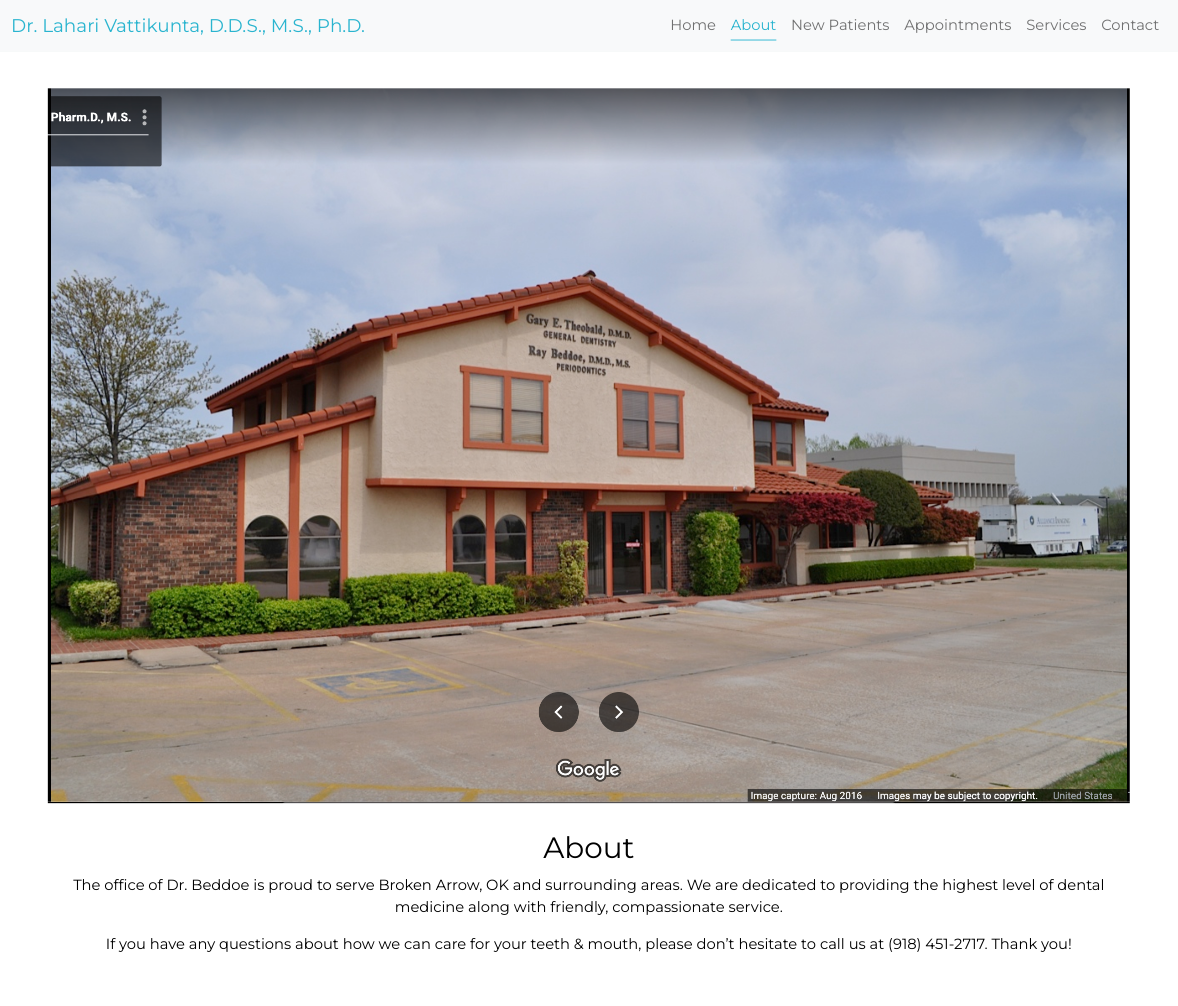
Repository: vineetha2438/baperio
Page: about.html
These files come from the project's save history. The page is drawn as it stood at one moment and after the next save; the edit follows.
The browser window is 1280 px wide. The pictures show the whole page, at 92% of full size.

Above is the page before, as saved 2022-11-14 21:13:49.

After the next save:
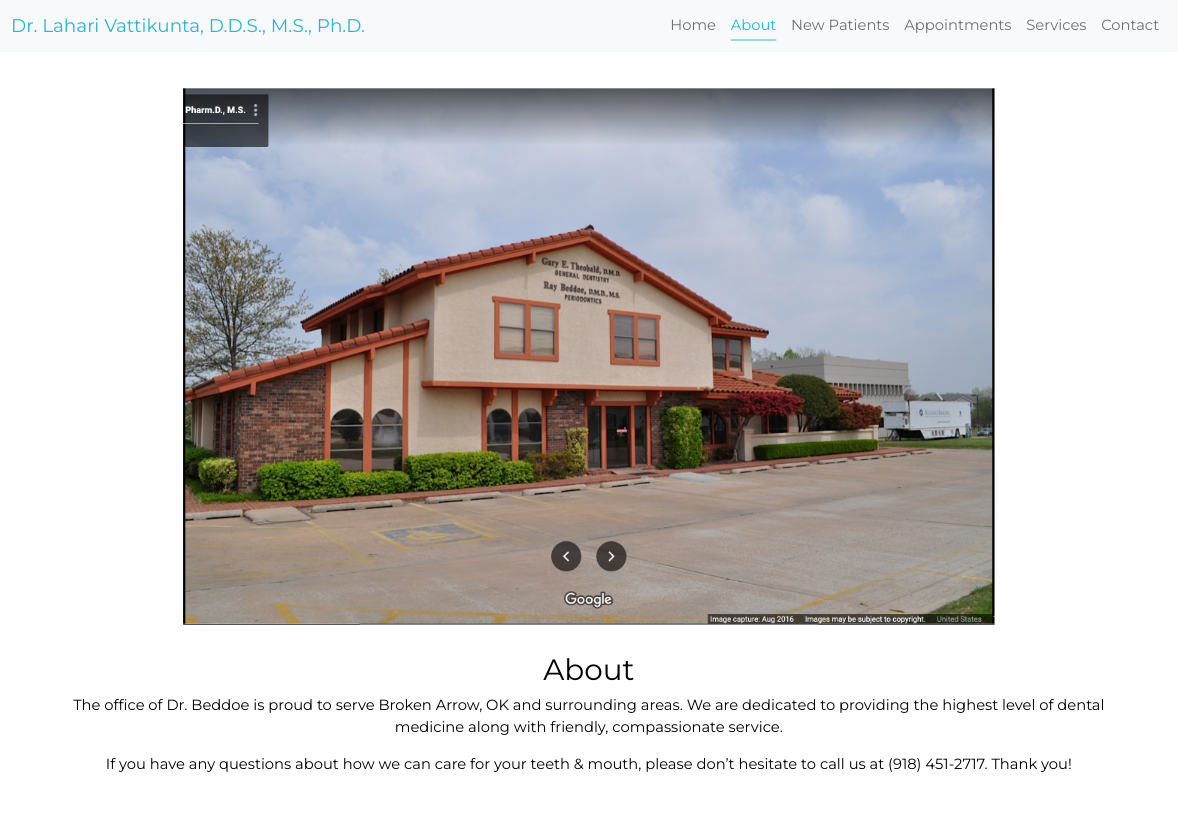
Saved 46 s later.
--- a/about.html
+++ b/about.html
@@ -54,7 +54,7 @@
     <div class="row section-one">
 
       <div class="col-12 ">
-        <img src="clinic.png" class="img-fluid" />
+        <img src="clinic.png" class="img-fluid clinic" />
       </div>
       <div class="col-12 about-desc">
         <h2>About</h2>
--- a/index.css
+++ b/index.css
@@ -92,3 +92,7 @@
   text-shadow: none;
   margin-top: 30px;
 }
+
+.clinic {
+  max-width: 75% !important;
+}
